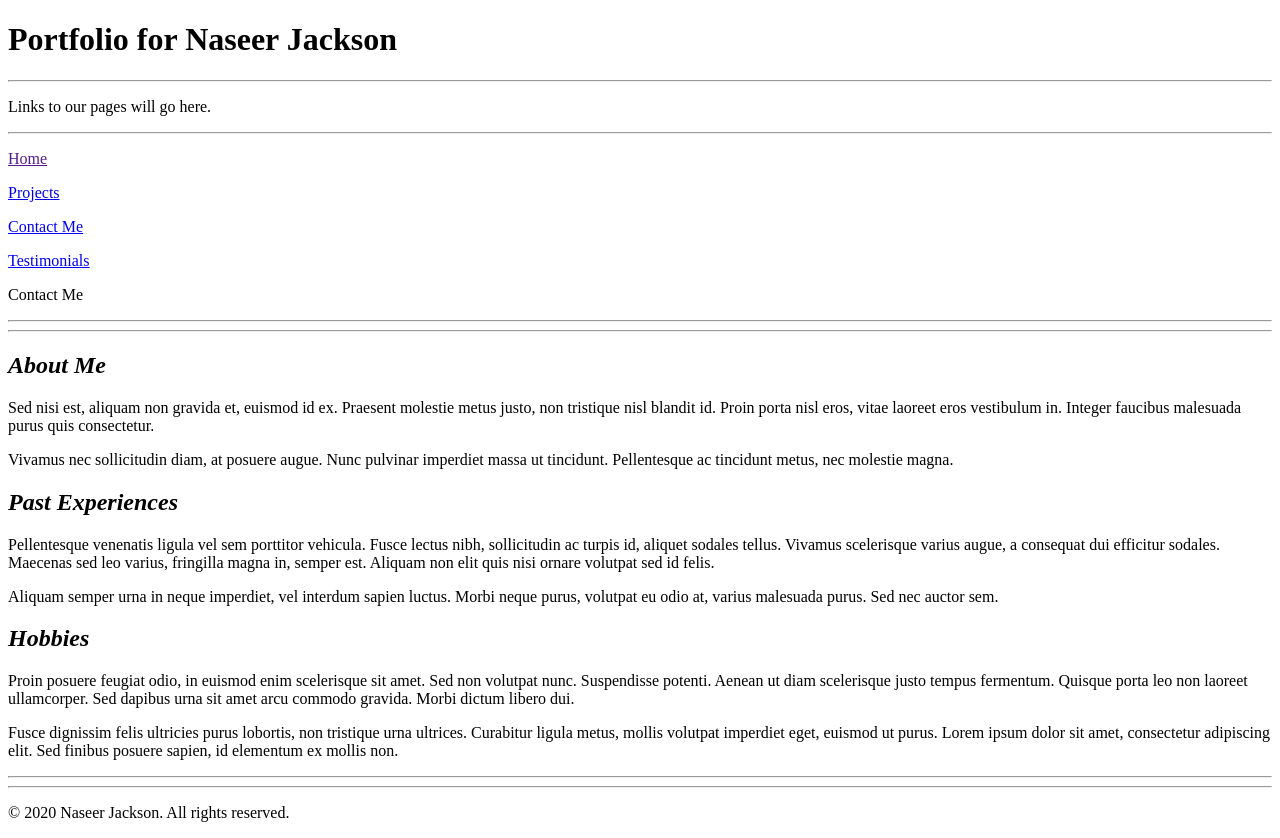
Repository: nj10deadend/Mthree-Intro-to-WebDev
Page: classwork/portfolio/index.html
These files come from the project's save history. The page is drawn as it stood at one moment and after the next save; the edit follows.
The browser window is 1280 px wide. The pictures show the whole page.

Above is the page before, as saved 2021-12-01 09:18:24.

After the next save:
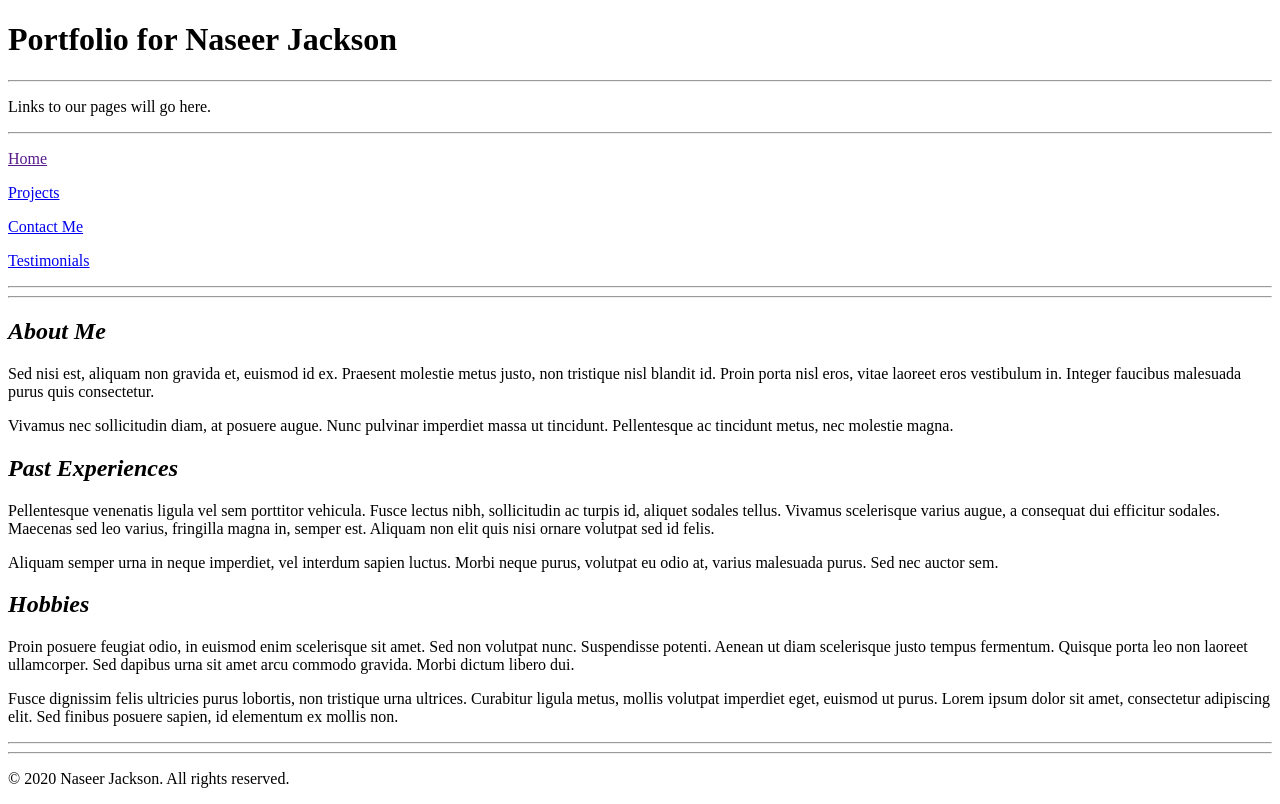
Saved 22 s later.
--- a/classwork/portfolio/index.html
+++ b/classwork/portfolio/index.html
@@ -35,7 +35,7 @@
         <p><a href="">Home</a></p>
         <p><a href="projects.html">Projects</a></p>
         <p><a href="contact.html">Contact Me</a></p>
-        <p><a href="testimonials.html">Testimonials</a></p>Contact Me</a></p>
+        <p><a href="testimonials.html">Testimonials</a></p>
 
 
         <hr>
